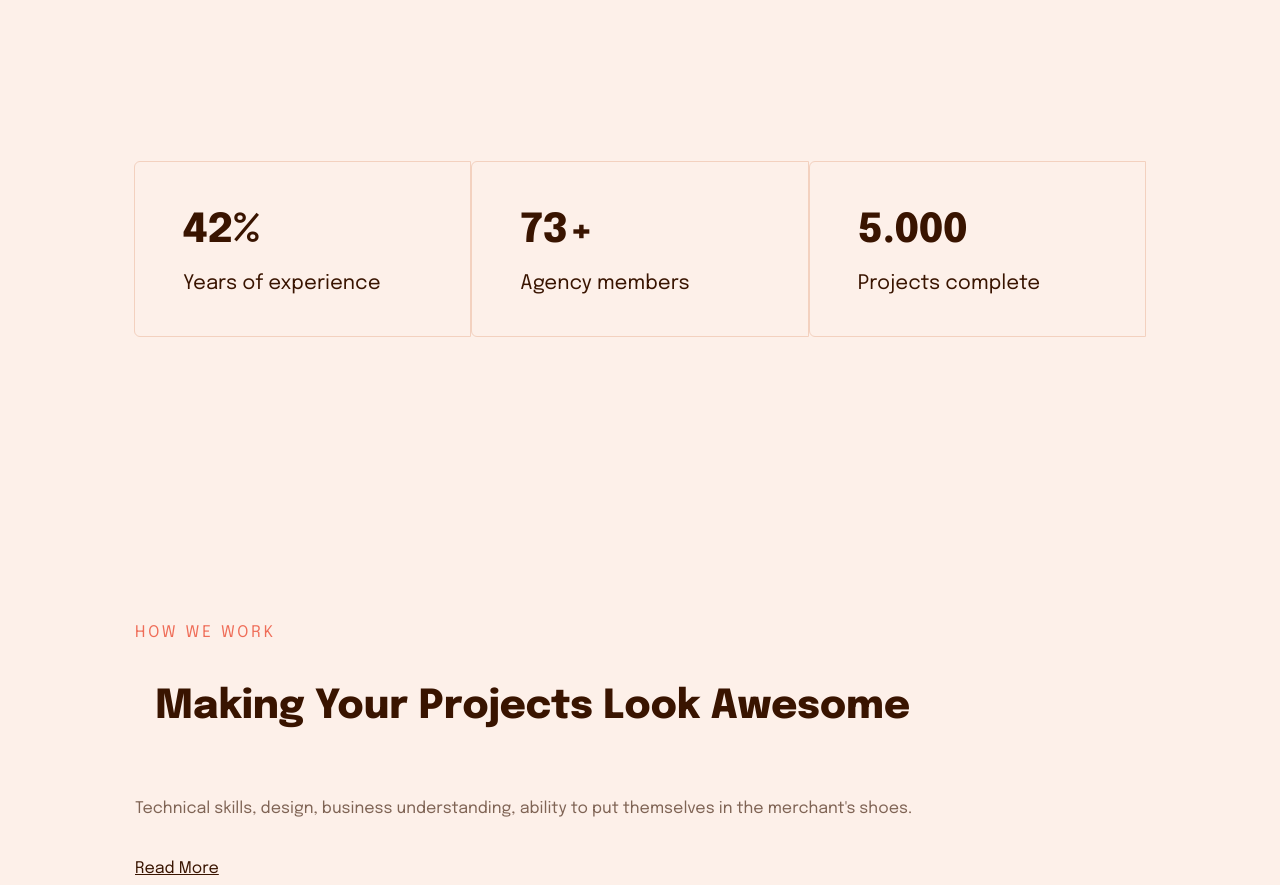
Repository: MehdiKerimov/Figma-task-7
Page: index.html
An editor plug-in stored every save of this project. The page is shown before and after a run of saves, followed by the edit.
The browser window is 1280 px wide. The pictures show the whole page.

Above is the page before, as saved 2023-08-30 12:02:28.

After the next 5 saves:
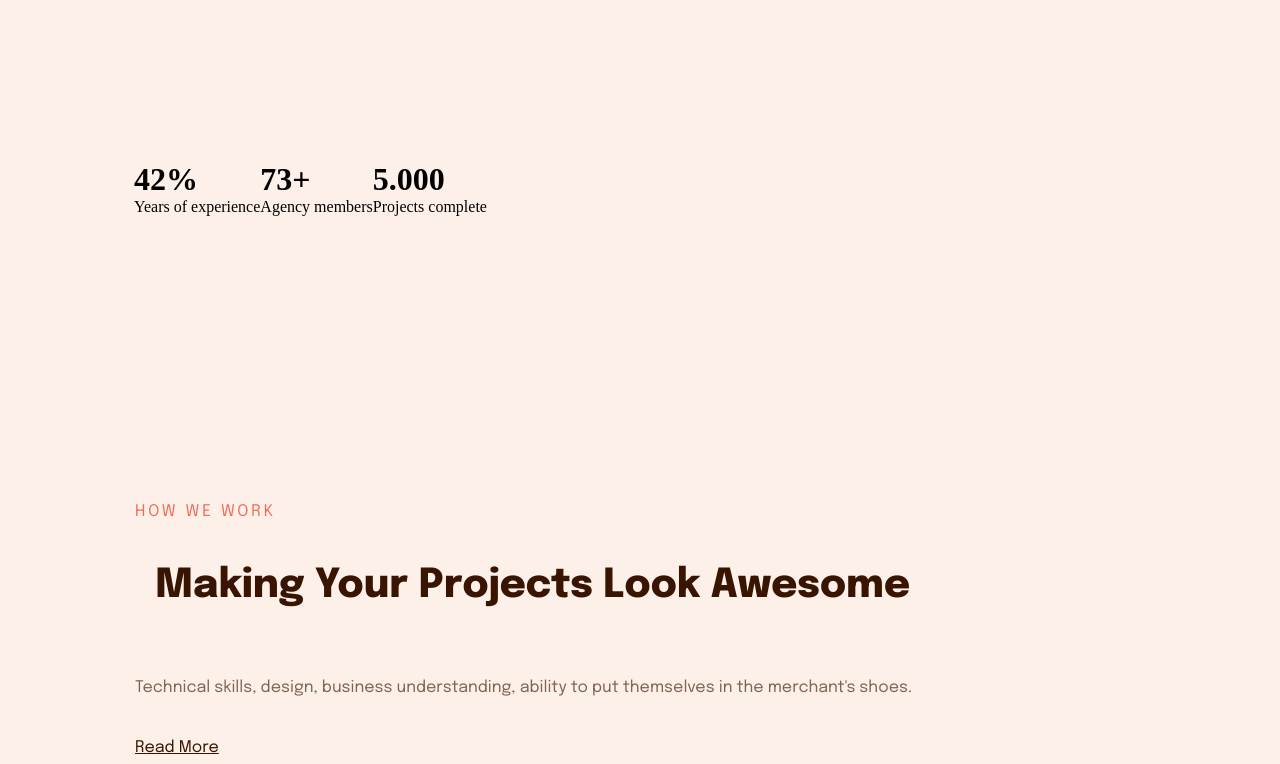
The 5 saves are shown as one change because they came seconds apart.
The last was saved 48 s later.
--- a/index.html
+++ b/index.html
@@ -12,25 +12,24 @@
     <div class="container">
         <div class="container-1">
             <ul>
-                <div class="box-1">
+
                     <li>
                         <h1>42%</h1>
                         <p>Years of experience</p>
                     </li>
-                </div>
-                <div class="box-2">
+
+
                     <li>
                         <h1>73+</h1>
                         <P>Agency members</P>
                     </li>
 
-                </div>
-                <div class="box-3">
+
                     <li>
                         <h1>5.000</h1>
                         <p>Projects complete</p>
                     </li>
-                </div>
+
             </ul>
         </div>
         <div class="container-2">
